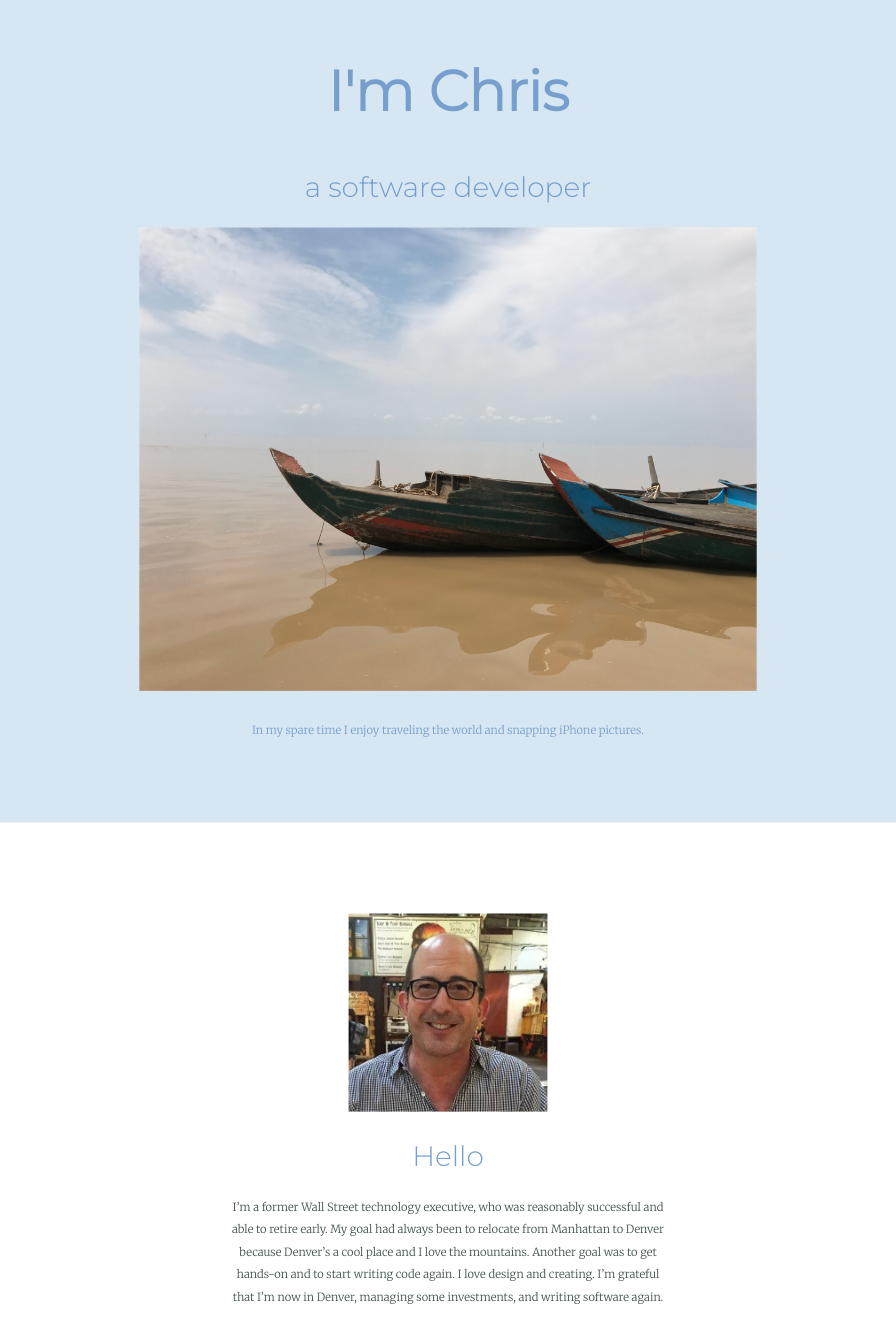
Repository: EpiTao-LLC/Personal_web_page
Page: index.html
These files come from the project's save history. The page is drawn as it stood at one moment and after the next save; the edit follows.
The browser window is 1280 px wide. The pictures show the part of the page from y = 0 to 1920 px (the page is 4109 px tall before and 4151 px after), at 70% of full size.

Above is the page before, as saved 2021-03-07 17:42:19.

After the next save:
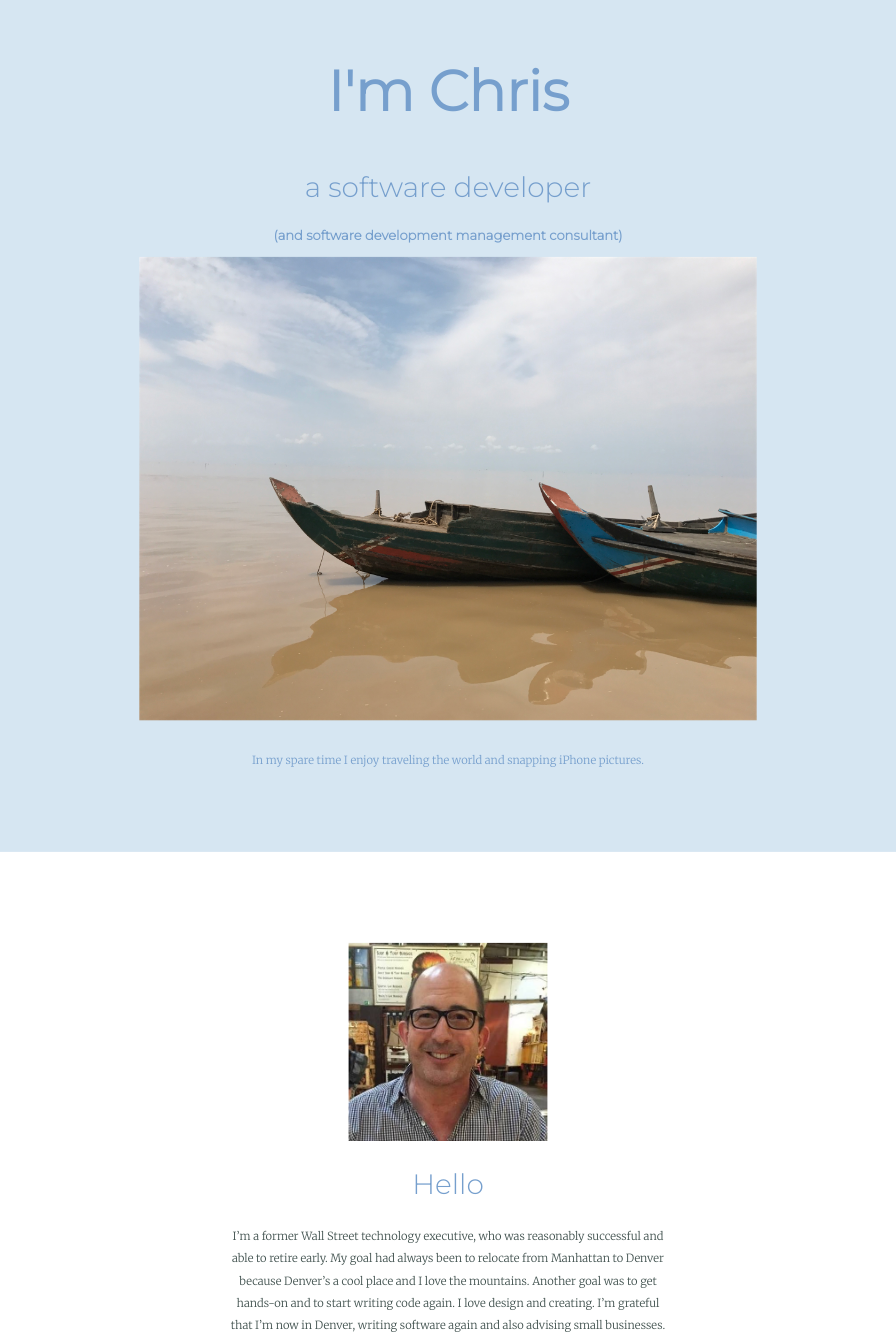
Saved 44 days later.
--- a/index.html
+++ b/index.html
@@ -18,7 +18,7 @@
   <!-- End Google Tag Manager -->
     <meta charset="UTF-8">
     <meta name="viewport" content="width=device-width, initial-scale=1.0">
-    <title>Chris - Software Developer</title>
+    <title>Chris - Software Developer and Development Management Consultant</title>
     <meta name="description" content="Website design and software development in React, Javascript, Python, Node JS, Express, EJS, MongoDB, SQL Server.  AWS and other cloud based solutions.  Portfolio, links and contact information.">
     <meta name="keywords" content="Website design, coding, software development, software engineering, React, Javascript, Node, Express, HTML, CSS, EJS, Python, MongoDB, SQL Server, C programming, cloud, data analysis">
 
@@ -42,6 +42,7 @@
     <div class = "top-container">
         <h1>I'm Chris</h1>
         <h2>a software developer</h2>
+        <h3>(and software development management consultant)</h3>
         <img class="cover-img" src="images/Boats in Cambodia.jpeg" alt="Boats in Cambodia image">
         <p>In my spare time I enjoy traveling the world and snapping iPhone pictures.</p>
       </div>
@@ -54,7 +55,7 @@
             I’m a former Wall Street technology executive, who was reasonably successful and able to retire early.  My
             goal had always been to relocate from Manhattan to Denver because Denver’s a cool place and I love the mountains.
             Another goal was to get hands-on and to start writing code again. I love design and creating.   I’m grateful
-            that I’m now in Denver, managing some investments, and writing software again.
+            that I’m now in Denver, writing software again and also advising small businesses.
             </p>
         </div>
         <hr>
@@ -73,7 +74,7 @@
           </div>
           <div class="skill-row">
             <img class="skills-img-2" src="images/Small_business_Columbia.JPEG" alt="Small business in Columbia picture">
-            <h3 class="for-mobile">Small Business Mentor</h3>
+            <h3 class="for-mobile">Small Business Advisor</h3>
             <p>As a way to give back, I volunteer my time to an organization funded by the Small Business Association.  Through it I assist
               small business owners and entrepreneurs to prepare business, marketing and finacial plans.  I provide technology recommendations,
               and provide mentoring to help them to achieve their dreams.  Through this work I believe I'm suited to provide technology
